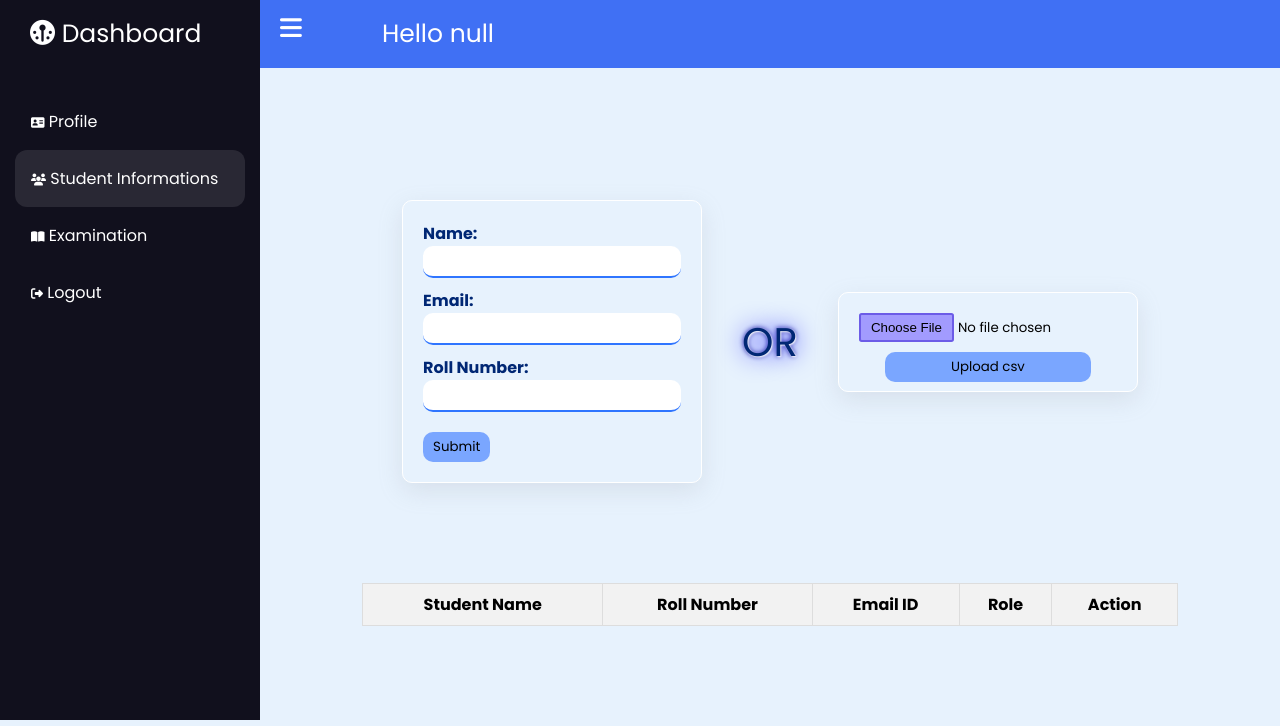
Repository: Buddhadip/ExamPortalApp_struts
Page: http://localhost/ExamWizard/WEB-INF/views/addStudent.jsp
These files come from the project's save history. The page is drawn as it stood at one moment and after the next save; the edit follows.
The browser window is 1280 px wide. The pictures show the whole page.
The page is served by Tomcat 9. Nobody is signed in. The template is opened directly, without the code that normally fills it, so the values that code supplies are empty.

Above is the page before, as saved 2023-07-24 09:49:14.

After the next save:
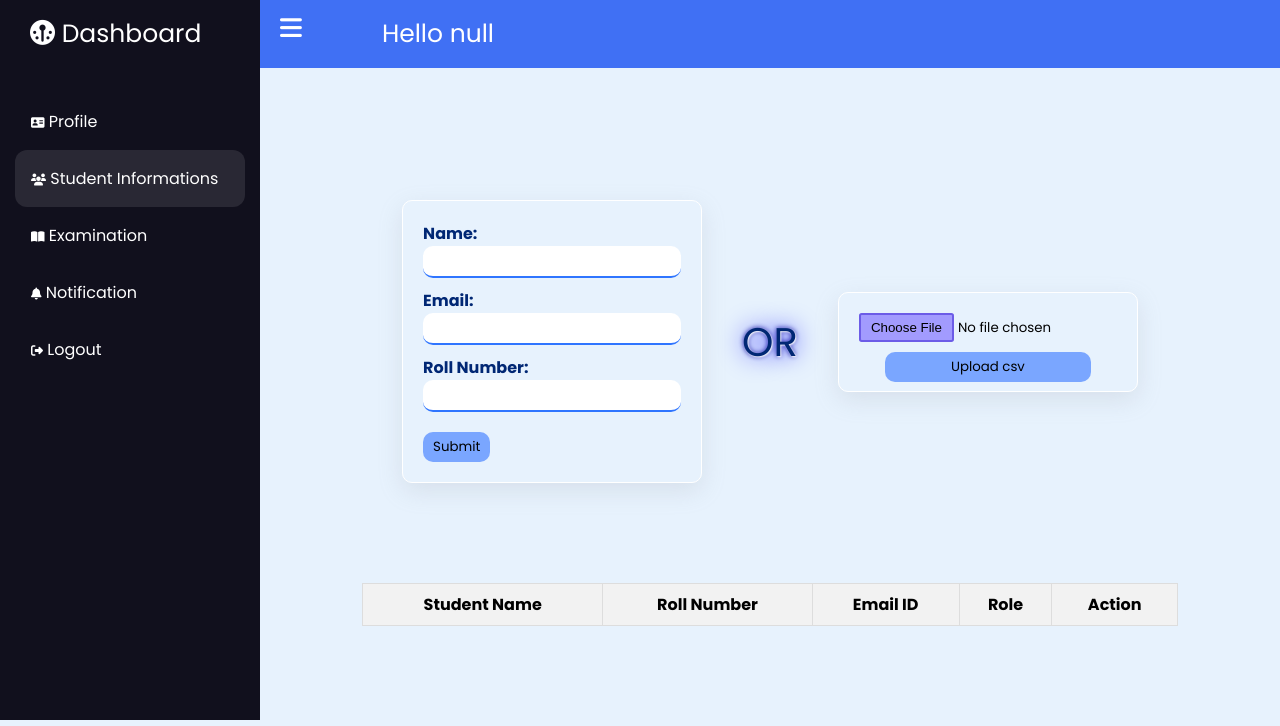
Saved 34 s later.
--- a/ExamWizard/src/main/webapp/WEB-INF/views/addStudent.jsp
+++ b/ExamWizard/src/main/webapp/WEB-INF/views/addStudent.jsp
@@ -45,6 +45,11 @@
               <i class="fa-solid fa-book-open"></i>
               Examination</a
             >
+          </li>
+          <li class="item">
+            <a href="notificationPage.do">
+              <i class="fa-solid fa-bell"></i>
+              Notification</a>
           </li>
 
           <li class="item">
